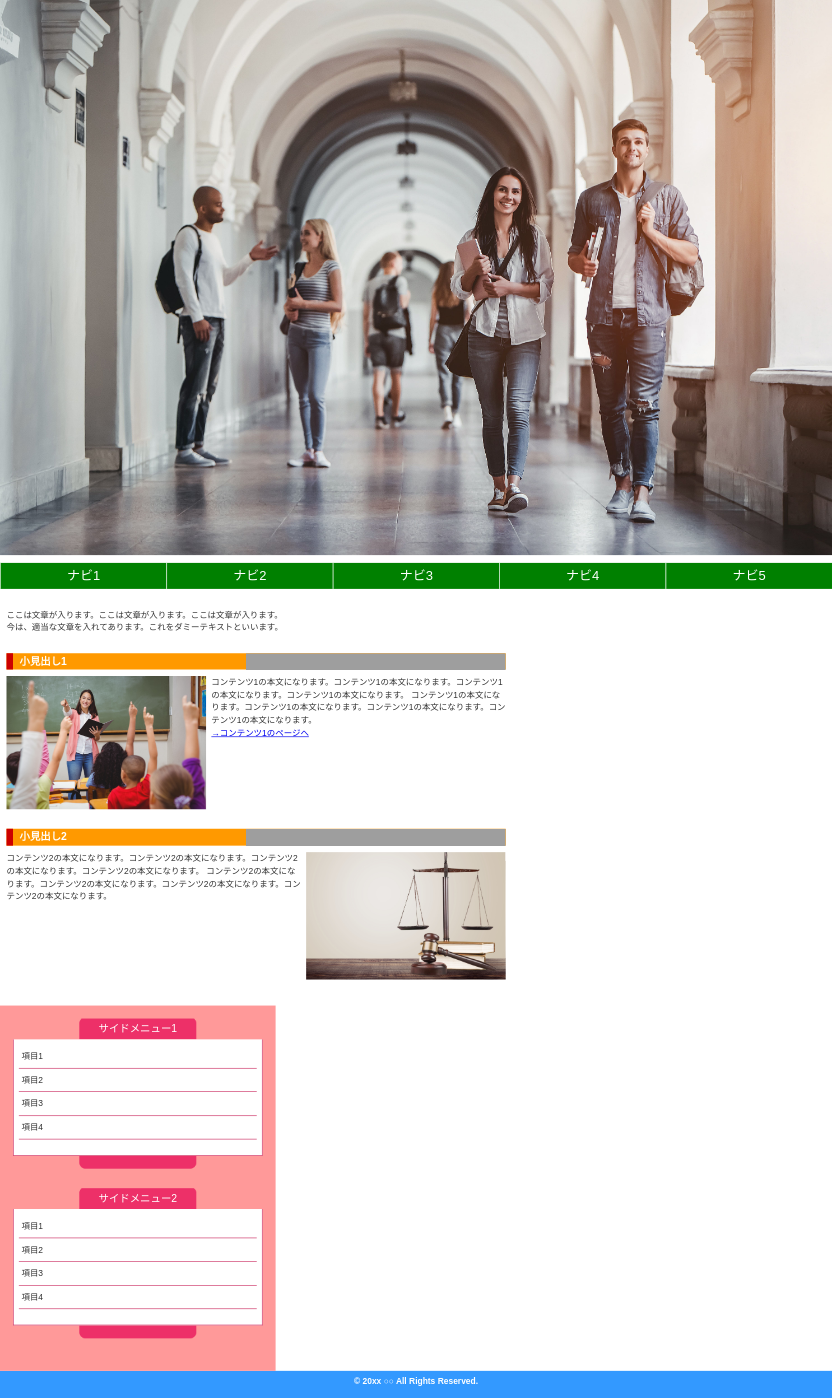
Repository: xki7-ko/samurai_HTML-CSS
Page: home.html
The author's editor kept a record of every edit. The page is drawn from the files as they stood at one moment, then again after the next edit.
The browser window is 1280 px wide. The pictures show the whole page, at 65% of full size.
Pictures or frames that could not be fetched are drawn as grey boxes.

Above is the page before.

### home.html
<!DOCTYPE html>
<html lang="ja">
    <head>
        <meta charset="UTF-8">
        <title>HTML/CSSの学習</title>
        <link rel="stylesheet" href="stylesheet.css">
    </head>
    <body>
        <div id="header">
            <h1><a href="index.html"><img id="corridor" src="images/corridor.jpg" alt="大学の廊下" /></a></h1>
        </div>
        <div id="wrapper">
            <div id="nav">
                <ul>
                    <li><a href="home.html">ナビ1</a></li>
                    <li><a href="#">ナビ2</a></li>
                    <li><a href="#">ナビ3</a></li>
                    <li><a href="#">ナビ4</a></li>
                    <li><a href="#">ナビ5</a></li>
                </ul>
            </div>
            <div id="container">
                <div id="main">
                    <div class="post">
                        <p>ここは文章が入ります。ここは文章が入ります。ここは文章が入ります。<br />今は、適当な文章を入れてあります。これをダミーテキストといいます。</p>
                    </div>
                    <div class="post clearfix">
                        <h2>小見出し1</h2>
                        <img class="left" src="images/classroom.jpg" alt="授業風景" />
                        <p>
                            コンテンツ1の本文になります。コンテンツ1の本文になります。コンテンツ1の本文になります。コンテンツ1の本文になります。
                            コンテンツ1の本文になります。コンテンツ1の本文になります。コンテンツ1の本文になります。コンテンツ1の本文になります。
                        </p>
                        <P><a href="#">→コンテンツ1のページへ</a></P>
                    </div>
                    <div class="post clearfix">
                        <h2>小見出し2</h2>
                        <img class="right" src="images/scale.jpg" alt="天秤" />
                        <p>
                            コンテンツ2の本文になります。コンテンツ2の本文になります。コンテンツ2の本文になります。コンテンツ2の本文になります。
                            コンテンツ2の本文になります。コンテンツ2の本文になります。コンテンツ2の本文になります。コンテンツ2の本文になります。
                        </p>
                    </div>
                </div>
                <div id="side">
                    <div class="box">
                        <h2>サイドメニュー1</h2>
                        <div class="boxBody">
                            <ul>
                                <li>項目1</li>
                                <li>項目2</li>
                                <li>項目3</li>
                                <li>項目4</li>
                            </ul>
                        </div>
                    </div>
                    <div class="box">
                        <h2>サイドメニュー2</h2>
                        <div class="boxBody">
                            <ul>
                                <li>項目1</li>
                                <li>項目2</li>
                                <li>項目3</li>
                                <li>項目4</li>
                            </ul>
                        </div>
                    </div>
                </div>
            </div>
        </div>
        <div id="footer">
            <p>&copy; 20xx ○○ All Rights Reserved.</p>
        </div>
    </body>
</html>

### stylesheet.css
@charset "utf-8";

body {
    margin: 0;
    padding: 0;
    font-family: "ヒラギノ角ゴ　pro　w3",
    "Hiragino kaku Gothic Pro", "メイリオ",Meiryo,Osaka,
    "MS　Ｐゴシック","MS PGothic", sans-serif;
    color: #333;
    font-size: 13px;
    line-height: 150%;
}

/*--------------- wrapper --------------------*/

#wrapper {
    width: 100%;
    margin: auto;
    padding: 0px;
    border: 0px;
    background-color: #FFF;
    top: 10px;
    position: relative;
}

/*------------ header -------------*/
#header {
    width: 100%;
}
#header h1 {
    margin: 0;
    padding: 0;
}

#corridor {
    width: 100%;
    height: auto;
}

/*------------- footer ------------*/
#footer {
    clear: both;
    width: 100%;
    padding: 3px 0 3px 0;
    background: #39F;
    color: #FFF;
    font-weight: bold;
    text-align: center;
}

/*----------- nav ----------------*/
#nav {
    width: 100%;
}
#nav ul {
	display: flex;
    margin: 0;
    padding: 0;
    list-style-type: none;
}
#nav ul li {
    width: 20%;
    text-align: center;
}
#nav ul li a {
    display: block;
    height: 20px;
    margin: 0;
    padding: 10px;
    color: #FFF;
    font-size: 20px;
    text-decoration: none;
    background-color: green;
    border-left: 1px solid white;
}

#nav ul li a:hover{
	filter: drop-shadow(10px 10px 10px black);
}

/*------------- container ---------------*/
#container {
	width: 100%;
	margin: auto ;
	padding-top: 20px;
	clear: both;
	display: grid
}
/* -------------------- main -------------------- */
#main {
	float: left;
	width: 60%;
	padding: 10px 30px 10px 10px;
}
#main h2 {
	margin: 0 0 10px 0;
	padding: 3px 10px 3px 10px;
	color: #FFF;
	font-size: 16px;
	border-left: solid 10px #C00;
	background: #F90 url(../images/main_h2.jpg) right top repeat-y;
}
#main p {
	margin: 0;
	padding: 0;
}
#main .post {
	margin: 0 0 30px 0;
}

#main .post img.right {
	margin: 0 0 0 8px;
}
#main .post img.left {
	margin: 0 8px 0 0;
}

.right {
	float: right;
	width: 40%;
	height: auto;
}
.left {
	float: left;
	width: 40%;
	height: auto;
}

/* -------------------- clearfix -------------------- */
.clearfix {
	zoom: 1;
}
.clearfix:after{
	content: "";
	display: block;
	clear: both;
}

/* -------------------- side -------------------- */
#side {
	float: right;
	width: 30%;
	padding: 20px;
	background-color: #F99;
}
#side .box {
	margin: 0 auto 30px auto;
	padding: 0 0 20px 0;
	background: url(images/side_box.png) bottom no-repeat;
}
#side .box h2 {
	margin: 0;
	padding: 8px;
	text-align: center;
	color: #FFF;
	font-size: 16px;
	line-height: 16px;
	font-weight: normal;
	background: url(images/side_box_h2.png) center no-repeat;
}
#side .box .boxBody {
	padding: 8px;
	border-right: solid 1px #C36;
	border-bottom: solid 1px #C36;
	border-left: solid 1px #C36;
	background: #FFF;
}
#side .box .boxBody ul {
	margin: 0 0 16px 0;
	padding: 0;
}
#side .box .boxBody ul li {
	padding: 8px 0 8px 4px;
	list-style: none;
	border-bottom: solid 1px #C36;
}

#side .box .boxBody ul li:hover{
	padding: 8px 0 8px 4px;
	list-style: none;
	border-bottom: solid 1px #C36;
	box-shadow: 0px 4px 4px rgba(0,0,0,0.3);
}

After the next edit:
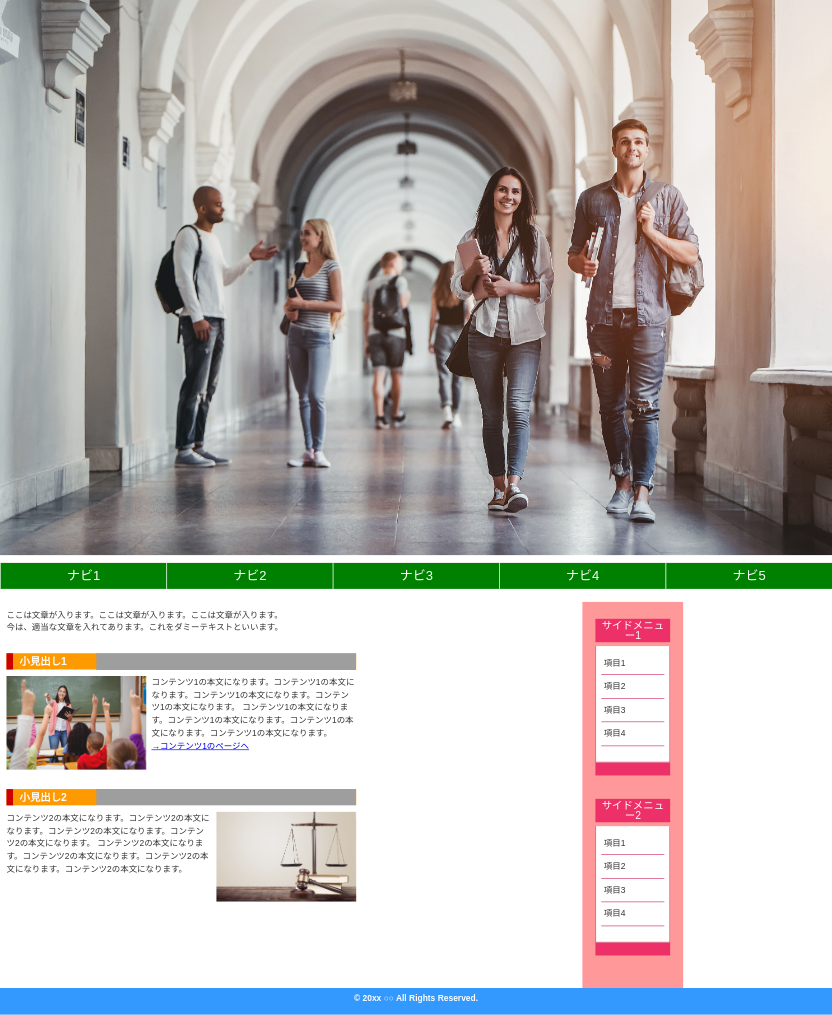
The edit:
--- a/stylesheet.css
+++ b/stylesheet.css
@@ -84,7 +84,8 @@
 	margin: auto ;
 	padding-top: 20px;
 	clear: both;
-	display: grid
+	display: grid;
+	grid-template-columns: 70vw 30vw;
 }
 /* -------------------- main -------------------- */
 #main {
